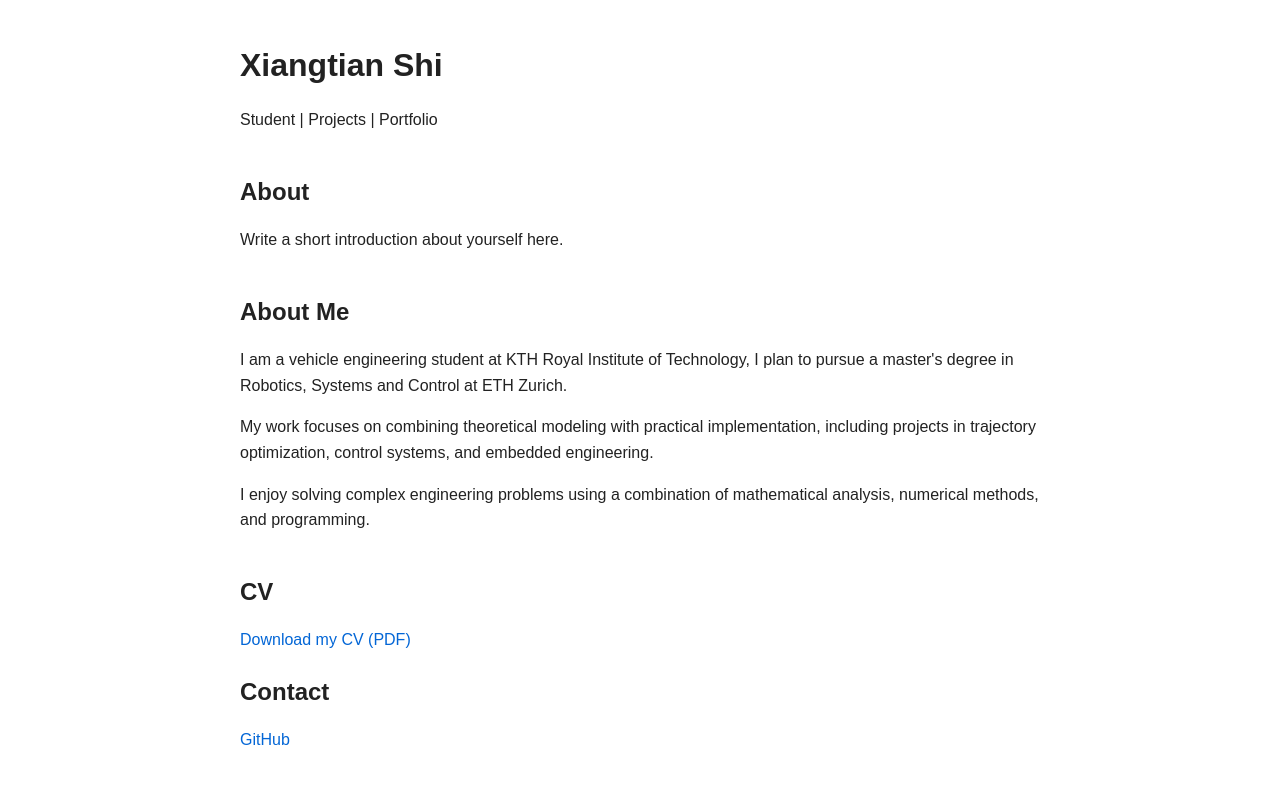
Repository: xitisch/xitisch.github.io
Page: index.html
An editor plug-in stored every save of this project. The page is shown before and after the next save, followed by the edit.
The browser window is 1280 px wide. The pictures show the whole page.

Above is the page before, as saved 2026-04-21 22:06:36.

### index.html
<!doctype html>
<html lang="en">
<head>
  <meta charset="UTF-8">
  <meta name="viewport" content="width=device-width, initial-scale=1.0">
  <title>Your Name</title>
  <style>
    body {
      font-family: Arial, sans-serif;
      max-width: 800px;
      margin: 40px auto;
      padding: 0 20px;
      line-height: 1.6;
      color: #222;
    }
    h1, h2 { margin-bottom: 0.3em; }
    .section { margin-top: 40px; }
    a { color: #0366d6; text-decoration: none; }
    a:hover { text-decoration: underline; }
  </style>
</head>
<body>
  <h1>Xiangtian Shi</h1>
  <p>Student | Projects | Portfolio</p>

  <div class="section">
    <h2>About</h2>
    <p>Write a short introduction about yourself here.</p>
  </div>

  <div class="section">
    <h2>About Me</h2>
    <p>
      I am a vehicle engineering student at KTH Royal Institute of Technology,
      I plan to pursue a master's degree in Robotics, Systems and Control at ETH Zurich.
    <p>
      My work focuses on combining theoretical modeling with practical
      implementation, including projects in trajectory optimization, control
      systems, and embedded engineering.
    </p>
    <p>
    I enjoy solving complex engineering problems using a combination of
    mathematical analysis, numerical methods, and programming.
    </p>
  </div>
  <div class="section">
    <h2>CV</h2>
    <p>
      <a href="XiangtianShi_CV.pdf" target="_blank">Download my CV (PDF)</a>
    </p>
    <h2>Contact</h2>
    <p><a href="https://www.linkedin.com/in/xiangtian-shi-5ab47428b/">GitHub</a></p>
  </div>
</body>
</html>

After the next save:
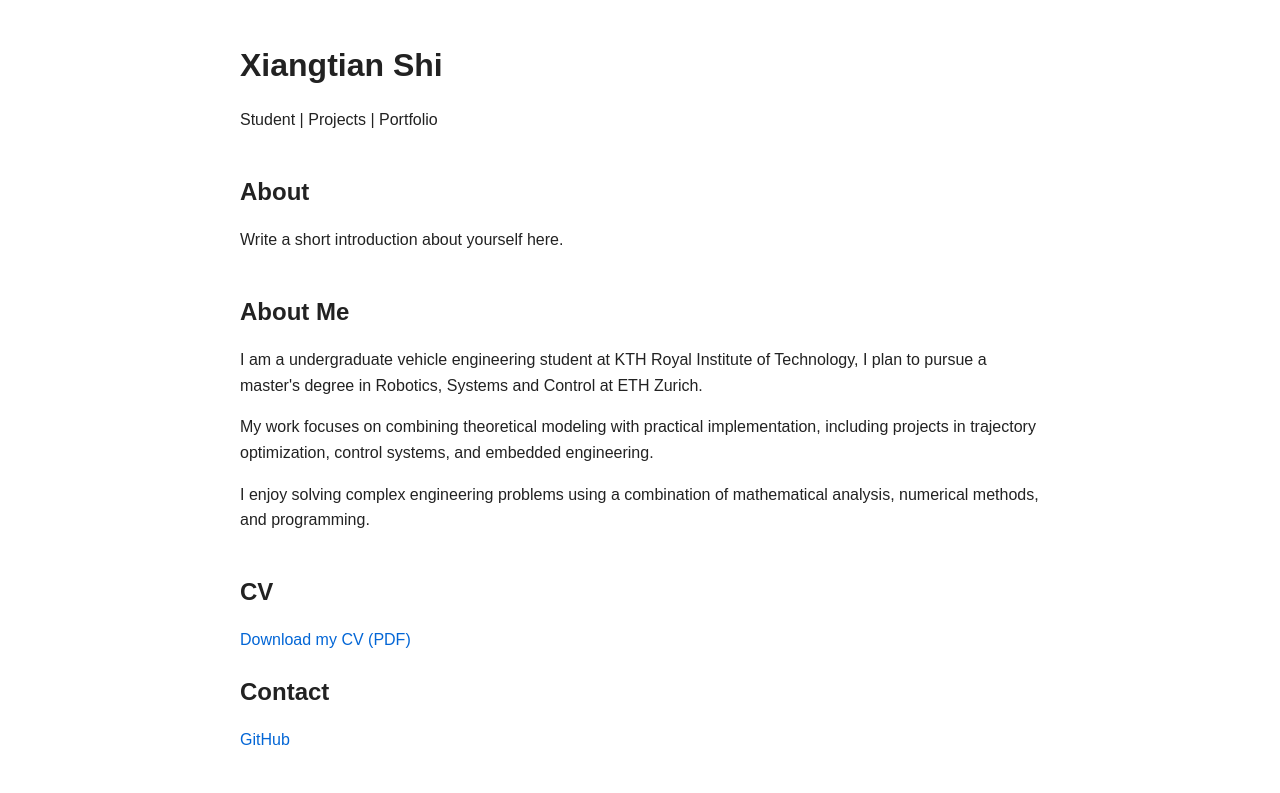
Saved 12 s later.
--- a/index.html
+++ b/index.html
@@ -31,7 +31,7 @@
   <div class="section">
     <h2>About Me</h2>
     <p>
-      I am a vehicle engineering student at KTH Royal Institute of Technology,
+      I am a undergraduate vehicle engineering student at KTH Royal Institute of Technology,
       I plan to pursue a master's degree in Robotics, Systems and Control at ETH Zurich.
     <p>
       My work focuses on combining theoretical modeling with practical
